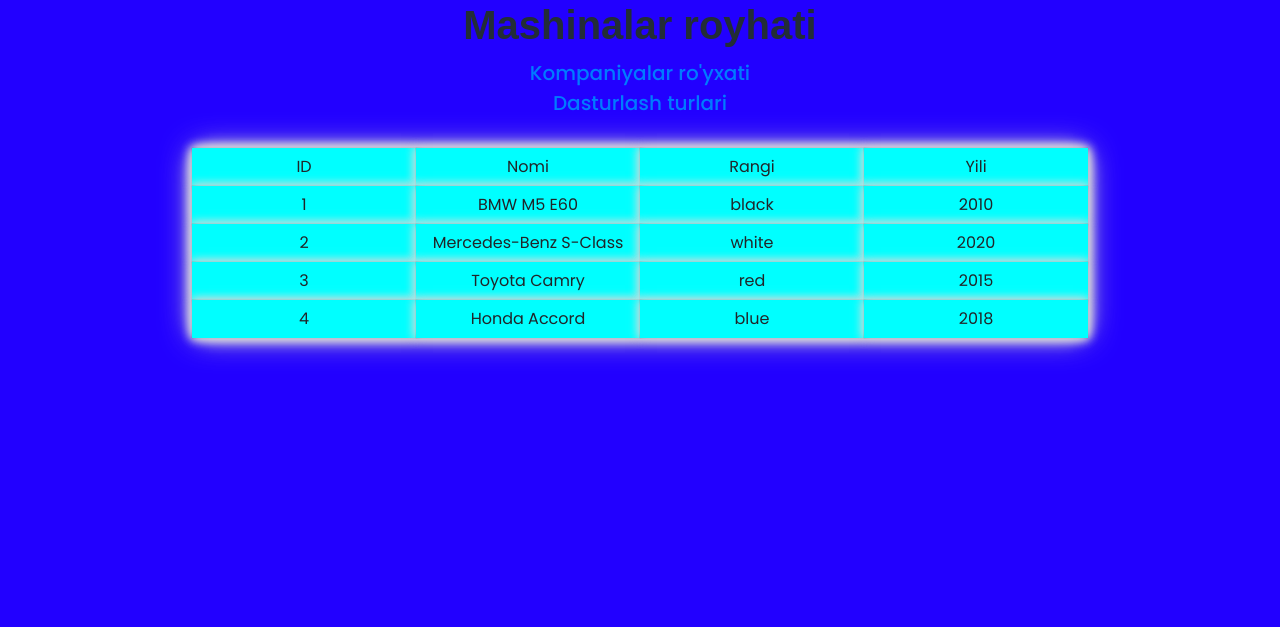
Repository: maqsudov0371/vazifa
Page: http://localhost/
The author's editor kept a copy of each file at every save. The page is drawn from the files as they stood at one save, then again after a run of saves.
The browser window is 1280 px wide. The pictures show the whole page.
Some web fonts or font styles are not loaded; a fallback is used. The page is served by the project's application, run on Django 5.2 (manage.py).

Above is the page before, as saved 2024-07-19 10:47:23.

After the next 4 saves:
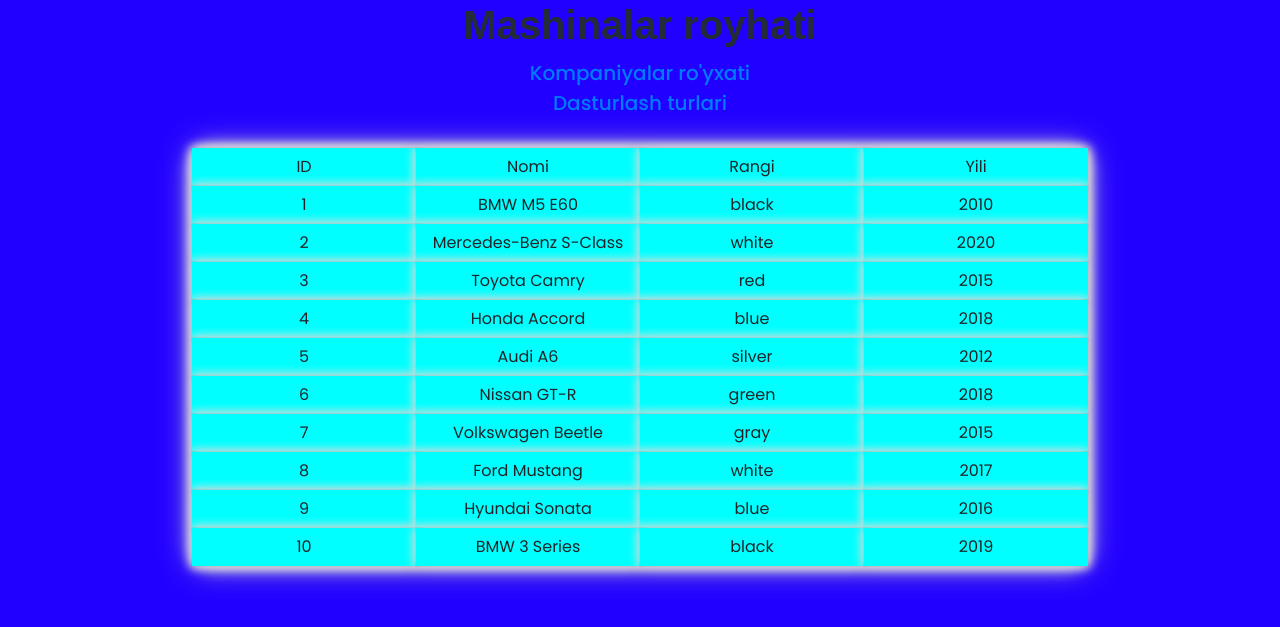
The 4 saves are shown as one change because they came seconds apart.
The last was saved 12 s later.
--- a/main/views.py
+++ b/main/views.py
@@ -7,6 +7,12 @@
         {'id': 2, 'name': 'Mercedes-Benz S-Class', 'color': 'white', 'year': '2020'},
         {'id': 3, 'name': 'Toyota Camry', 'color': 'red', 'year': '2015'},
         {'id': 4, 'name': 'Honda Accord', 'color': 'blue', 'year': '2018'},
+        {'id': 5, 'name': 'Audi A6', 'color': 'silver', 'year': '2012'},
+        {'id': 6, 'name': 'Nissan GT-R', 'color': 'green', 'year': '2018'},
+        {'id': 7, 'name': 'Volkswagen Beetle', 'color': 'gray', 'year': '2015'},
+        {'id': 8, 'name': 'Ford Mustang', 'color': 'white', 'year': '2017'},
+        {'id': 9, 'name': 'Hyundai Sonata', 'color': 'blue', 'year': '2016'},
+        {'id': 10, 'name': 'BMW 3 Series', 'color': 'black', 'year': '2019'},
 
         ]
     context = {
